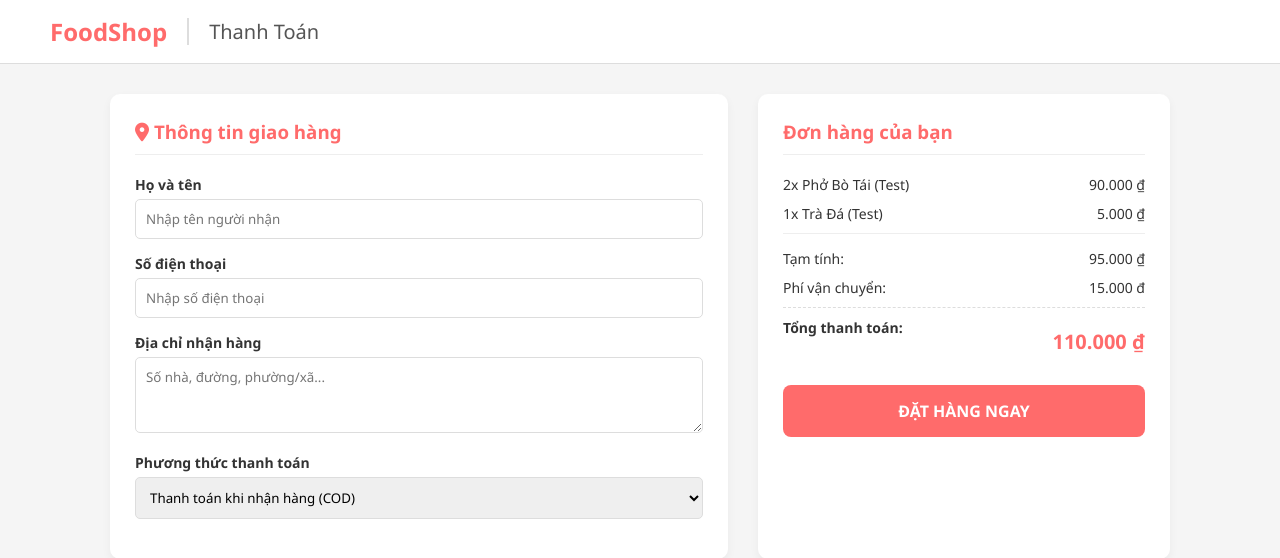
Repository: daichim2415-debug/quan_an
Page: public/checkout.html
These files come from the project's save history. The page is drawn as it stood at one moment and after the next save; the edit follows.
The browser window is 1280 px wide. The pictures show the whole page.

Above is the page before, as saved 2025-12-05 00:42:07.

After the next save:
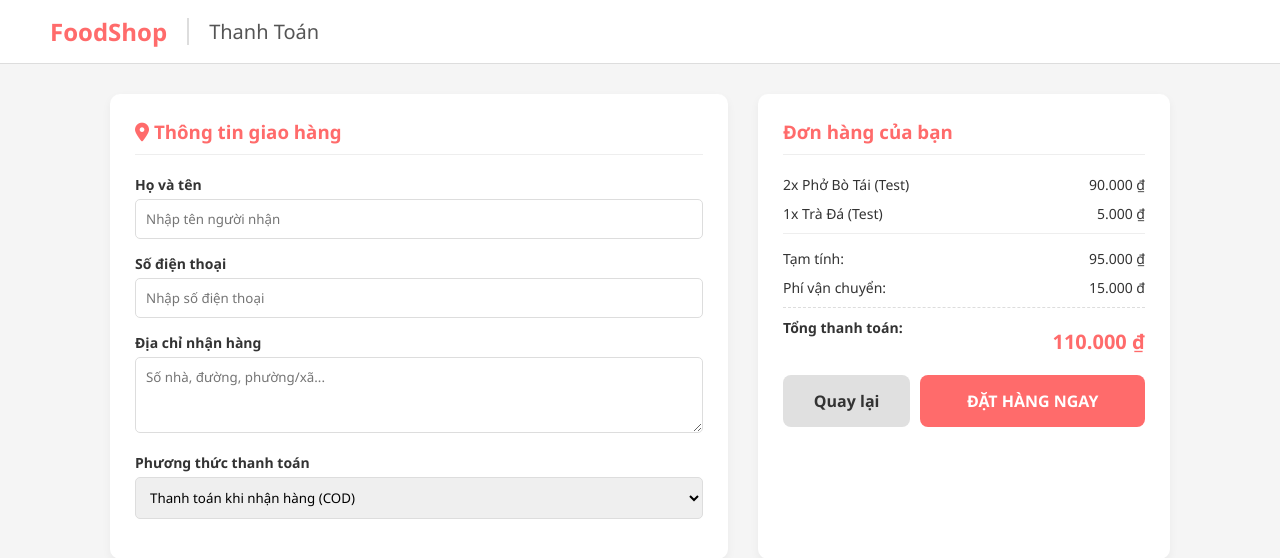
Saved 4 min 48 s later.
--- a/public/checkout.html
+++ b/public/checkout.html
@@ -107,7 +107,28 @@
                 <span class="total-pay" id="final-total">0 đ</span>
             </div>
 
-            <button class="btn-confirm" onclick="submitOrder()">ĐẶT HÀNG NGAY</button>
+            <div class="action-buttons" style="display: flex; gap: 10px; margin-top: 20px;">
+
+    <a href="cart.html" style="
+        flex: 1;
+        padding: 15px;
+        text-align: center;
+        background: #e0e0e0;
+        color: #333;
+        text-decoration: none;
+        border-radius: 8px;
+        font-weight: bold;
+    ">
+        Quay lại
+    </a>
+
+    <button class="btn-confirm" onclick="submitOrder()" style="
+        flex: 2;
+        margin-top: 0; /* Bỏ margin cũ đi cho đều */
+    ">
+        ĐẶT HÀNG NGAY
+    </button>
+</div>
         </div>
 
     </div>
